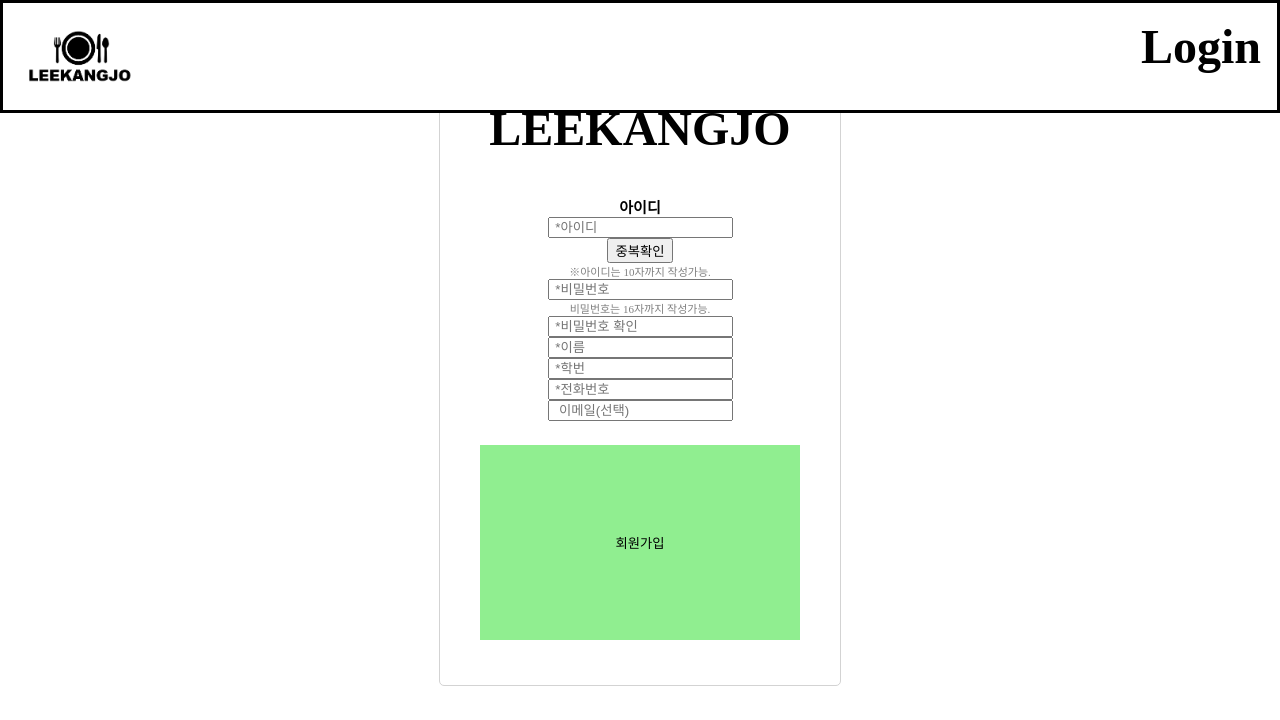
Repository: acredev/Restaurant_Management_System
Page: http://localhost/leekangjo/signup.jsp
These files come from the project's save history. The page is drawn as it stood at one moment and after the next save; the edit follows.
The browser window is 1280 px wide. The pictures show the whole page.
Some web fonts or font styles are not loaded; a fallback is used. The page is served by Tomcat 9.

Above is the page before, as saved 2023-04-13 05:25:16.

After the next save:
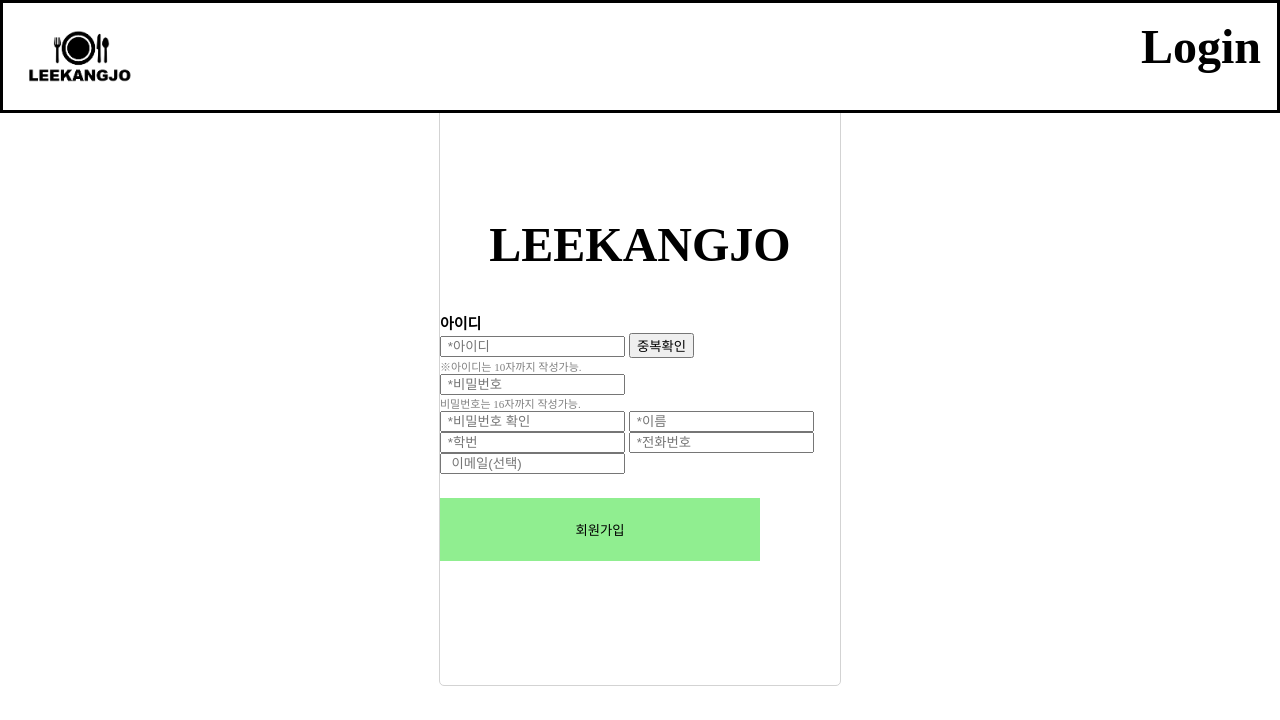
Saved 2 min 11 s later.
--- a/leekangjo/WebContent/signup.jsp
+++ b/leekangjo/WebContent/signup.jsp
@@ -17,20 +17,22 @@
    		   </header>
    		   <div id="Loginmain">
    		   <div class="box">
-			<h1 class="logo">LEEKANGJO</h1>
-			<h3>아이디</h3>
-                <input type="text" placeholder=" *아이디" id="id" class="account" maxlength="10" name="id">
-                <button class="btn_id_check" id="btnsend"><span class="">중복확인</span></button>
-                <p>※아이디는 10자까지 작성가능.</p>
-                <input type="password" placeholder=" *비밀번호" id="pwd" class="account" name="pwd">
-                <p> 비밀번호는 16자까지 작성가능.</p>
-                <input type="password" placeholder=" *비밀번호 확인" id="pwdcheck" class="account" name="pwdcheck">
-                <input type="text" placeholder=" *이름" id="name" class="account" name="name">
-                <input type="text" placeholder=" *학번" id="stdid" class="account" name="stdnum">
-                <input type="text" placeholder=" *전화번호" id="tel" class="account" name="tel">
-                <input type="text" placeholder="  이메일(선택)" id="email" class="account" name="email">
-            <button type="submit" id="login" class="account">회원가입</button>
-            <p id="alert" class="account"> </p>
+		   		<h1 class="logo">LEEKANGJO</h1>
+				<div>
+					<h3>아이디</h3>
+					<input type="text" placeholder=" *아이디" id="id" class="account" maxlength="10" name="id">
+					<button class="btn_id_check" id="btnsend"><span class="">중복확인</span></button>
+					<p>※아이디는 10자까지 작성가능.</p>
+					<input type="password" placeholder=" *비밀번호" id="pwd" class="account" name="pwd">
+					<p> 비밀번호는 16자까지 작성가능.</p>
+					<input type="password" placeholder=" *비밀번호 확인" id="pwdcheck" class="account" name="pwdcheck">
+					<input type="text" placeholder=" *이름" id="name" class="account" name="name">
+					<input type="text" placeholder=" *학번" id="stdid" class="account" name="stdnum">
+					<input type="text" placeholder=" *전화번호" id="tel" class="account" name="tel">
+					<input type="text" placeholder="  이메일(선택)" id="email" class="account" name="email">
+					<button type="submit" id="login" class="account">회원가입</button>
+					<p id="alert" class="account"> </p>
+				</div>
            </div>
            </div>
   	      <script src="login.js"></script>
